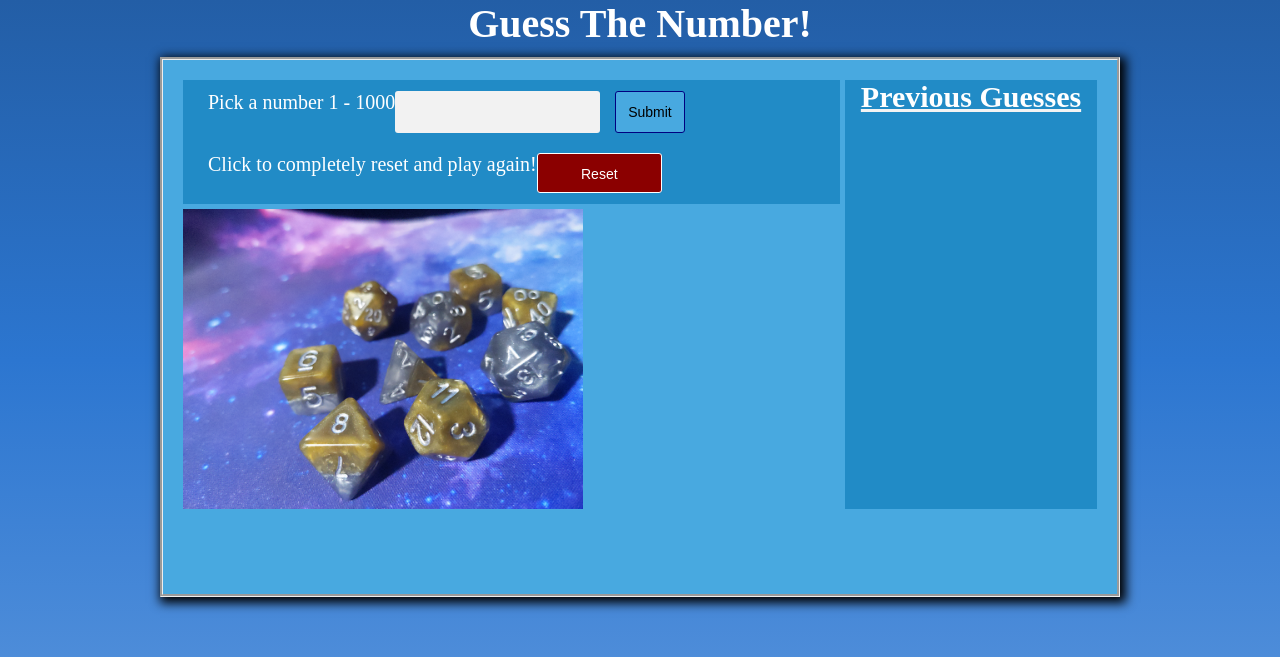
Repository: mlmEFSC21/P15-Modified-Guessing-Game
Page: guess.html
The author's editor kept a copy of each file at every save. The page is drawn from the files as they stood at one save, then again after the next save.
The browser window is 1280 px wide. The pictures show the whole page.

Above is the page before, as saved 2022-03-23 18:28:24.

### guess.html
<!DOCTYPE html>
<html lang="en">
    <head>
        <meta charset="UTF-8" />
        <meta http-equiv="X-UA-Compatible" content="IE=edge" />
        <meta name="viewport" content="width=device-width, initial-scale=1.0" />
        <link rel="stylesheet" href="guess.css" />
        <script src="guess.js" defer></script>
        <title>Guessing Game</title>
    </head>
    <body>
        <header>
            <h1 class="pageTitle">Guess The Number!</h1>
        </header>
        <section>
            <div class="gameContainer" id="container">
                <div class="results" id="results">
                    <form action="" class="inputForm">
                        <label for="guessInput">Pick a number 1 - 1000</label>
                        <input
                            type="text"
                            required
                            name="guessInput"
                            class="guessInput"
                            id="guessInput"
                        />
                        <input type="button" class="submitBtn" id="submitBtn" value="Submit" />
                        <label for="resetBtn">Click to completely reset and play again!</label>
                        <button type="reset" class="resetBtn" id="resetBtn" name="Reset">
                            Reset
                        </button>
                    </form>
                </div>
                <img
                    src="images\goldSilverDice.png"
                    alt="Gold and silver colored dice. From 4 sides up to 20 sides"
                />
                <div class="guessesContainer" id="guessesContainer">
                    <h2>Previous Guesses</h2>
                    <ul class="guesses" id="guessList"></ul>
                </div>
            </div>
        </section>
    </body>
</html>

### guess.css
:root {
    --clr-primary: #218bc6;
    --clr-secondary: #48a9e0;
    --clr-tertiary: #235ea6;
}

*,
*::after,
*::before {
    box-sizing: border-box;
    margin: 0;
    padding: 0;
}
body {
    background-image: linear-gradient(var(--clr-tertiary), #2c76d0, #5491db);
    height: 100vh;
    background-position: center;
    background-repeat: no-repeat;
    background-size: cover;
    color: white;
    font-size: 20px;
}
.pageTitle {
    text-align: center;
}
.gameContainer {
    background-color: var(--clr-secondary);
    display: grid;
    max-width: 960px;
    height: 75vh;
    margin: 10px auto;
    padding: 20px;
    grid-template-columns: repeat(3, 1fr);
    grid-template-rows: repeat(4, 1fr);
    gap: 5px;
    align-items: center;
    justify-content: center;
    border: groove;
    box-shadow: 3px 3px 10px 3px black;
}
.results {
    background-color: var(--clr-primary);
    display: flex;
    flex-direction: column-reverse;
    margin: 10px auto;
    padding: 0 25px;
    grid-column: 1 / 3;
    grid-row: 1 / 3;
    height: 100%;
    justify-content: center;
    align-items: center;
    text-align: center;
    overflow: hidden;
}
input,
button {
    margin: 10px 0;
}
.inputForm {
    display: flex;
    flex-wrap: wrap;
}
label {
    margin-right: 15px;
    margin: 10px 0;
}
input {
    border: none;
    -webkit-appearance: none;
    -ms-appearance: none;
    -moz-appearance: none;
    appearance: none;
    background: #f2f2f2;
    padding: 12px;
    border-radius: 3px;
    outline: none;
    font-size: 14px;
}
img {
    width: 400px;
    height: 300px;
}
button {
    border: solid 1px white;
    margin-bottom: 10px;
    padding: 12px;
    border-radius: 3px;
    width: 125px;
    height: 40px;
    outline: none;
    font-size: 14px;
}
h2 {
    text-decoration: underline;
    text-decoration-color: #f3f3f3;
}
.submitBtn {
    background: var(--clr-secondary);
    border: solid 0.5px navy;
    margin-left: 15px;
}
.submitBtn:hover {
    background: #44b3db;
}
.resetBtn {
    background: darkred;
    color: white;
}
.resetBtn:hover {
    background: red;
}
.guessesContainer {
    background-color: var(--clr-primary);
    display: flex;
    flex-direction: column;
    flex-grow: 2;
    height: 100%;
    grid-row: 1 / 4;
    align-items: center;
    overflow: hidden;
}
/* the h3 that is appended by the js. It was hugging the container too much. */
h3 {
    margin: 10px;
    text-align: center;
}
.hint {
    font-style: italic;
    text-decoration: underline;
}

### guess.js
let randomNumber = Math.floor(Math.random() * 1000 + 1);
let guesses = [];

const guessInput = document.getElementById("guessInput");
const resultsDiv = document.getElementById("results");
const submitButton = document.getElementById("submitBtn");
const resetButton = document.getElementById("resetBtn");
const p = document.createElement("p");
const ul = document.getElementById("guessList");
const li = document.createElement("li");
const guessesContainer = document.getElementById("guessesContainer");
const winningMessage = document.createElement("h3");
const hint = document.createElement("h3");

//checks to see if the guess is higher, lower, or equal to
function checkGuess() {
    const currentGuess = Number(guessInput.value);
    if (currentGuess == randomNumber) {
        guesses.push(currentGuess);
        p.innerText = "Congratulations! You guessed the number!";
        resultsDiv.append(p);
        countGuesses();
    }
    if (currentGuess < randomNumber) {
        guesses.push(currentGuess);
        p.innerText = "Too low. Try again!";
        resultsDiv.append(p);
        trackGuesses();
    }
    if (currentGuess > randomNumber) {
        guesses.push(currentGuess);
        p.innerText = "Too high. Try again!";
        resultsDiv.append(p);
        trackGuesses();
    }
}
//tracks previous guess in a <ul>. Removes <li> and populates from guesses[] each time.
function trackGuesses() {
    while (ul.hasChildNodes()) {
        ul.removeChild(ul.firstChild);
    }
    for (i = 0; i <= guesses.length - 1; i++) {
        let li = document.createElement("li");
        li.innerText = guesses[i];
        ul.appendChild(li);
    }
}

//counts how many guesses. Uses array length.
function countGuesses() {
    let numOfGuesses = guesses.length;
    if (numOfGuesses < 10) {
        winningMessage.innerText = `${numOfGuesses} guesses?! Either you know the secret or you got lucky!`;
        guessesContainer.append(winningMessage);
    } else if (numOfGuesses == 10) {
        winningMessage.innerText = `${numOfGuesses} guesses. Ahah! You know the secret!`;
        guessesContainer.append(winningMessage);
    } else if (numOfGuesses > 10) {
        winningMessage.innerText = `Yikes! ${numOfGuesses} guesses... You should be able to do better!`;
        hint.innerHTML = '*Hint* Knowing the trick is <span class="hint">half</span> the battle.';
        guessesContainer.append(winningMessage);
        guessesContainer.append(hint);
    }
}
// creates a new random number for replay
function newRNG() {
    randomNumber = Math.floor(Math.random() * 10 + 1);
}
//resets the game completely.
function resetGame() {
    p.innerText = "";
    resultsDiv.append(p);
    while (ul.hasChildNodes()) {
        ul.removeChild(ul.firstChild);
    }
    winningMessage.remove();
    guesses = [];
    newRNG();
    //logging random number for debugging.
    console.log(randomNumber);
}

submitButton.addEventListener("click", checkGuess);
resetButton.addEventListener("click", resetGame);
//logging random number for debugging.
console.log(randomNumber);

After the next save:
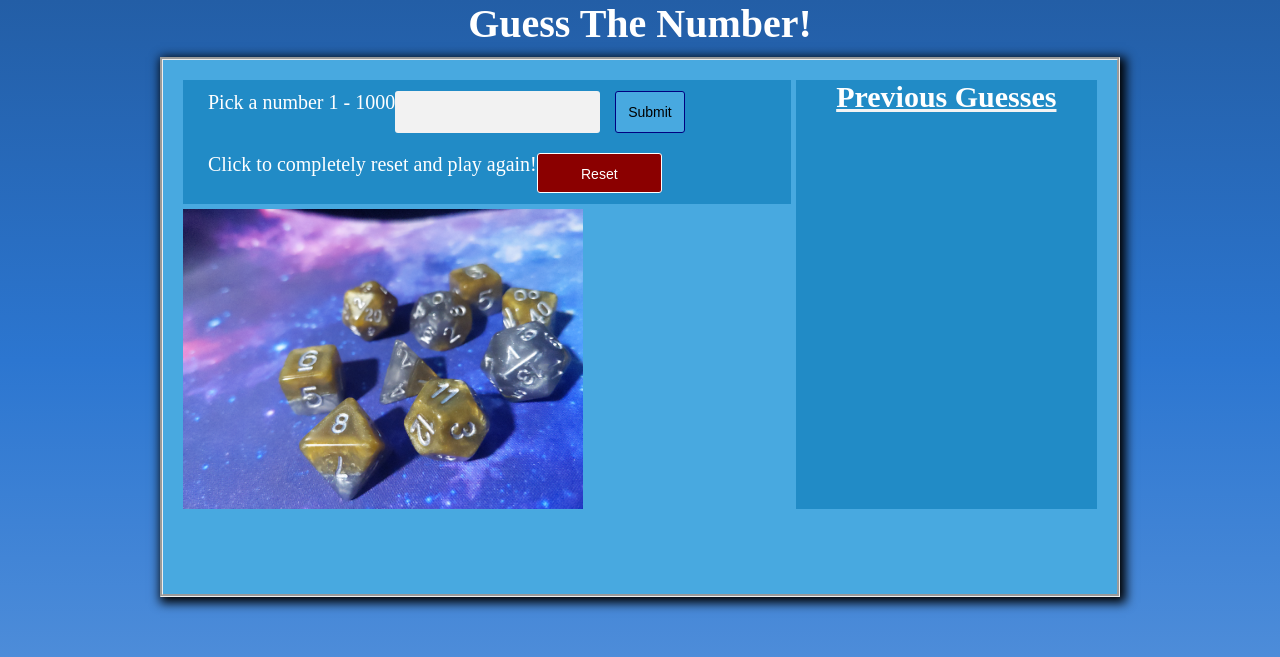
Saved 21 s later.
--- a/guess.css
+++ b/guess.css
@@ -79,6 +79,7 @@ input {
 img {
     width: 400px;
     height: 300px;
+    grid-column: 1 / 3;
 }
 button {
     border: solid 1px white;
